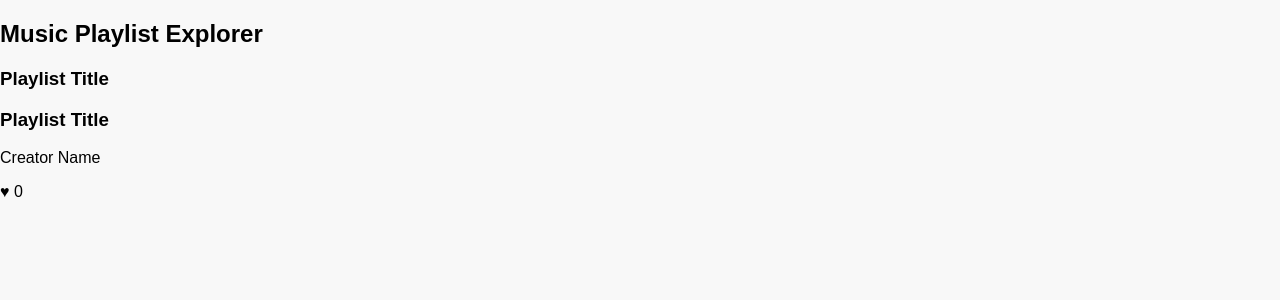
Repository: valentinaarojas/music-player-explorer
Page: index.html
These files come from the project's save history. The page is drawn as it stood at one moment and after the next save; the edit follows.
The browser window is 1280 px wide. The pictures show the whole page.

Above is the page before, as saved 2025-02-18 18:08:01.
Console error: SyntaxError: Unexpected token '{'

### index.html
<!DOCTYPE html>
<html lang="en">
<head>
    <meta charset="UTF-8">
    <meta name="viewport" content="width=device-width, initial-scale=1.0">

    <title>Music Playlist Explorer</title>
    <link rel="icon" type="image/x-icon" href="/images/favicon.ico">

    <link rel="stylesheet" href="style.css">
</head>
<body>
    <header>
        <!-- Your header content here -->
        <div class="banner">
            <h2>Music Playlist Explorer</h2>
        </div>
    </header>

    <main>
        <!-- Your main content here -->
        <div class="playlist-cards">
            <div class="playlist-card">
                <!-- IMG -->
                <div class="playlist-cover">
                    <h3>Playlist Title</h3>
                </div>
                <div class="playlist-info">
                    <h3 class="playlist-title">Playlist Title</h3>
                    <p class="creator-info">Creator Name</p>
                    <div class="like-count">
                        <span>♥</span>
                        <span>0</span>
                    </div>
                </div>
            </div>
        </div>
    </main>

    <footer>
        <!-- Your footer content here -->
    </footer>
    <script src="data/data.js"></script>
    <script src="script.js"></script>
</body>
</html>

### style.css
body {
    font-family: 'Arial', sans-serif;
    margin: 0;
    padding: 0;
    background-color: #f8f8f8;
}

### data/data.js
let data = { "playlists": [
    {
      "playlistID": 0,
      "playlist_name": "Late Night Drive",
      "playlist_creator": "Melody Maven",
      "playlist_art": "https://picsum.photos/id/36/200",
      "likeCount": 0,
      "songs": [
        {
          "songID": 0,
          "title": "Nightcall",
          "artist": "Kavinsky",
          "album": "Nightcall",
          "cover_art": "https://picsum.photos/id/43/200",
          "duration": "4:18"
        },
        {
          "songID": 1,
          "title": "Drive",
          "artist": "The Cars",
          "album": "Heartbeat City",
          "cover_art": "https://picsum.photos/id/45/200",
          "duration": "3:55"
        },
        {
          "songID": 2,
          "title": "Cruisin'",
          "artist": "Smokey Robinson",
          "album": "One Heartbeat",
          "cover_art": "https://picsum.photos/id/88/200",
          "duration": "4:30"
        },
        {
          "songID": 3,
          "title": "Night Moves",
          "artist": "Bob Seger",
          "album": "Night Moves",
          "cover_art": "https://picsum.photos/id/84/200",
          "duration": "5:25"
        },
        {
          "songID": 4,
          "title": "Moonlight Drive",
          "artist": "The Doors",
          "album": "Strange Days",
          "cover_art": "https://picsum.photos/id/122/200",
          "duration": "3:04"
        }
      ]
    },
    {
      "playlistID": 1,
      "playlist_name": "That Summer '16 Feeling",
      "playlist_creator": "Groove Guardian",
      "playlist_art": "https://picsum.photos/id/117/200",
      "likeCount": 10,
      "songs": [
        {
          "songID": 5,
          "title": "One Dance",
          "artist": "Drake",
          "album": "Views",
          "cover_art": "https://picsum.photos/id/21/200",
          "duration": "2:53"
        },
        {
          "songID": 6,
          "title": "Cheap Thrills",
          "artist": "Sia",
          "album": "This Is Acting",
          "cover_art": "https://picsum.photos/id/56/200",
          "duration": "3:31"
        },
        {
          "songID": 7,
          "title": "Don't Let Me Down",
          "artist": "The Chainsmokers ft. Daya",
          "album": "Collage",
          "cover_art": "https://picsum.photos/id/145/200",
          "duration": "3:28"
        },
        {
          "songID": 8,
          "title": "This Is What You Came For",
          "artist": "Calvin Harris ft. Rihanna",
          "album": "This Is What You Came For",
          "cover_art": "https://picsum.photos/id/160/200",
          "duration": "3:42"
        },
        {
          "songID": 9,
          "title": "Ride",
          "artist": "Twenty One Pilots",
          "album": "Blurryface",
          "cover_art": "https://picsum.photos/id/133/200",
          "duration": "3:34"
        }
      ]
    },
    {
      "playlistID": 2,
      "playlist_name": "Workout Beats",
      "playlist_creator": "Harmony Herald",
      "playlist_art": "https://picsum.photos/id/1077/200",
      "likeCount": 2,
      "songs": [
        {
          "songID": 10,
          "title": "Eye of the Tiger",
          "artist": "Survivor",
          "album": "Eye of the Tiger",
          "cover_art": "https://picsum.photos/id/593/200",
          "duration": "4:05"
        },
        {
          "songID": 11,
          "title": "Stronger",
          "artist": "Kanye West",
          "album": "Graduation",
          "cover_art": "https://picsum.photos/id/169/200",
          "duration": "5:12"
        },
        {
          "songID": 12,
          "title": "Lose Yourself",
          "artist": "Eminem",
          "album": "8 Mile Soundtrack",
          "cover_art": "https://picsum.photos/id/171/200",
          "duration": "5:26"
        },
        {
          "songID": 13,
          "title": "Uptown Funk",
          "artist": "Mark Ronson ft. Bruno Mars",
          "album": "Uptown Special",
          "cover_art": "https://picsum.photos/id/274/200",
          "duration": "4:30"
        },
        {
          "songID": 14,
          "title": "Can't Stop the Feeling!",
          "artist": "Justin Timberlake",
          "album": "Trolls (Original Motion Picture Soundtrack)",
          "cover_art": "https://picsum.photos/id/304/200",
          "duration": "3:56"
        }
      ]
    },
    {
      "playlistID": 3,
      "playlist_name": "Road Trip Anthems",
      "playlist_creator": "Playlist Pioneer",
      "playlist_art": "https://picsum.photos/id/314/200",
      "likeCount": 5,
      "songs": [
        {
          "songID": 15,
          "title": "Life Is a Highway",
          "artist": "Tom Cochrane",
          "album": "Mad Mad World",
          "cover_art": "https://picsum.photos/id/352/200",
          "duration": "4:26"
        },
        {
          "songID": 16,
          "title": "Born to Run",
          "artist": "Bruce Springsteen",
          "album": "Born to Run",
          "cover_art": "https://picsum.photos/id/361/200",
          "duration": "4:30"
        },
        {
          "songID": 17,
          "title": "Take It Easy",
          "artist": "Eagles",
          "album": "Eagles",
          "cover_art": "https://picsum.photos/id/365/200",
          "duration": "3:31"
        },
        {
          "songID": 18,
          "title": "Route 66",
          "artist": "Chuck Berry",
          "album": "Get Your Kicks on Route 66",
          "cover_art": "https://picsum.photos/id/371/200",
          "duration": "2:53"
        },
        {
          "songID": 19,
          "title": "On the Road Again",
          "artist": "Willie Nelson",
          "album": "Honeysuckle Rose",
          "cover_art": "https://picsum.photos/id/382/200",
          "duration": "2:33"
        }
      ]
    },
    {
      "playlistID": 4,
      "playlist_name": "Boss Chick Energy",
      "playlist_creator": "Tempo Tactician",
      "playlist_art": "https://picsum.photos/id/449/200",
      "likeCount": 0,
      "songs": [
        {
          "songID": 20,
          "title": "Run the World (Girls)",
          "artist": "Beyoncé",
          "album": "4",
          "cover_art": "https://picsum.photos/id/550/200",
          "duration": "3:56"
        },
        {
          "songID": 21,
          "title": "I'm Every Woman",
          "artist": "Chaka Khan",
          "album": "Chaka",
          "cover_art": "https://picsum.photos/id/646/200",
          "duration": "4:07"
        },
        {
          "songID": 22,
          "title": "Independent Women, Pt. 1",
          "artist": "Destiny's Child",
          "album": "Survivor",
          "cover_art": "https://picsum.photos/id/660/200",
          "duration": "3:41"
        },
        {
          "songID": 23,
          "title": "Confident",
          "artist": "Demi Lovato",
          "album": "Confident",
          "cover_art": "https://picsum.photos/id/680/200",
          "duration": "3:25"
        },
        {
          "songID": 24,
          "title": "Feeling Myself",
          "artist": "Nicki Minaj ft. Beyoncé",
          "album": "The Pinkprint",
          "cover_art": "https://picsum.photos/id/822/200",
          "duration": "3:57"
        }
      ]
    },
    {
      "playlistID": 5,
      "playlist_name": "Rainy Nights",
      "playlist_creator": "Sonic Sage",
      "playlist_art": "https://picsum.photos/id/115/200",
      "likeCount": 24,
      "songs": [
        {
          "songID": 25,
          "title": "Purple Rain",
          "artist": "Prince",
          "album": "Purple Rain",
          "cover_art": "https://picsum.photos/id/123/200",
          "duration": "8:41"
        },
        {
          "songID": 26,
          "title": "November Rain",
          "artist": "Guns N' Roses",
          "album": "Use Your Illusion I",
          "cover_art": "https://picsum.photos/id/171/200",
          "duration": "8:57"
        },
        {
          "songID": 27,
          "title": "Riders on the Storm",
          "artist": "The Doors",
          "album": "L.A. Woman",
          "cover_art": "https://picsum.photos/id/172/200",
          "duration": "7:14"
        },
        {
          "songID": 28,
          "title": "I Can't Stand the Rain",
          "artist": "Ann Peebles",
          "album": "I Can't Stand the Rain",
          "cover_art": "https://picsum.photos/id/178/200",
          "duration": "2:31"
        },
        {
          "songID": 29,
          "title": "Set Fire to the Rain",
          "artist": "Adele",
          "album": "21",
          "cover_art": "https://picsum.photos/id/680/200",
          "duration": "4:02"
        }
      ]
    },
    {
      "playlistID": 6,
      "playlist_name": "90's R&B",
      "playlist_creator": "Vinyl Virtuoso",
      "playlist_art": "https://picsum.photos/id/815/200",
      "likeCount": 3,
      "songs": [
        {
          "songID": 30,
          "title": "No Diggity",
          "artist": "Blackstreet ft. Dr. Dre",
          "album": "Another Level",
          "cover_art": "https://picsum.photos/id/856/200",
          "duration": "5:06"
        },
        {
          "songID": 31,
          "title": "Waterfalls",
          "artist": "TLC",
          "album": "CrazySexyCool",
          "cover_art": "https://picsum.photos/id/871/200",
          "duration": "4:39"
        },
        {
          "songID": 32,
          "title": "Creep",
          "artist": "TLC",
          "album": "CrazySexyCool",
          "cover_art": "https://picsum.photos/id/891/200",
          "duration": "4:29"
        },
        {
          "songID": 33,
          "title": "On Bended Knee",
          "artist": "Boyz II Men",
          "album": "II",
          "cover_art": "https://picsum.photos/id/1013/200",
          "duration": "4:05"
        },
        {
          "songID": 34,
          "title": "Fantasy",
          "artist": "Mariah Carey",
          "album": "Daydream",
          "cover_art": "https://picsum.photos/id/1014/200",
          "duration": "4:04"
        }
      ]
    },
    {
      "playlistID": 7,
      "playlist_name": "Nothing But The Classics",
      "playlist_creator": "Melody Maven",
      "playlist_art": "https://picsum.photos/id/22/200",
      "likeCount": 3,
      "songs": [
        {
          "songID": 35,
          "title": "Bohemian Rhapsody",
          "artist": "Queen",
          "album": "A Night at the Opera",
          "cover_art": "https://picsum.photos/id/39/200",
          "duration": "5:55"
        },
        {
          "songID": 36,
          "title": "Hotel California",
          "artist": "Eagles",
          "album": "Hotel California",
          "cover_art": "https://picsum.photos/id/57/200",
          "duration": "6:30"
        },
        {
          "songID": 37,
          "title": "Stairway to Heaven",
          "artist": "Led Zeppelin",
          "album": "Led Zeppelin IV",
          "cover_art": "https://picsum.photos/id/221/200",
          "duration": "8:02"
        },
        {
          "songID": 38,
          "title": "Sweet Child o' Mine",
          "artist": "Guns N' Roses",
          "album": "Appetite for Destruction",
          "cover_art": "https://picsum.photos/id/822/200",
          "duration": "5:55"
        },
        {
          "songID": 39,
          "title": "Imagine",
          "artist": "John Lennon",
          "album": "Imagine",
          "cover_art": "https://picsum.photos/id/823/200",
          "duration": "3:04"
        }
      ]
    },
    {
      "playlistID": 8,
      "playlist_name": "Ohh That Baseline",
      "playlist_creator": "Bassline Buddy",
      "playlist_art": "https://picsum.photos/id/836/200",
      "likeCount": 0,
      "songs": [
        {
          "songID": 40,
          "title": "Another One Bites the Dust",
          "artist": "Queen",
          "album": "The Game",
          "cover_art": "https://picsum.photos/id/839/200",
          "duration": "3:36"
        },
        {
          "songID": 41,
          "title": "Billie Jean",
          "artist": "Michael Jackson",
          "album": "Thriller",
          "cover_art": "https://picsum.photos/id/903/200",
          "duration": "4:54"
        },
        {
          "songID": 42,
          "title": "Superstition",
          "artist": "Stevie Wonder",
          "album": "Talking Book",
          "cover_art": "https://picsum.photos/id/978/200",
          "duration": "4:26"
        },
        {
          "songID": 43,
          "title": "Smooth Criminal",
          "artist": "Michael Jackson",
          "album": "Bad",
          "cover_art": "https://picsum.photos/id/1004/200",
          "duration": "4:17"
        },
        {
          "songID": 44,
          "title": "Money for Nothing",
          "artist": "Dire Straits",
          "album": "Brothers in Arms",
          "cover_art": "https://picsum.photos/id/1025/200",
          "duration": "8:26"
        }
      ]
    }
  ]
}

### script.js
body {
    font-family: 'Arial', sans-serif;
    margin: 0;
    padding: 0;
    background-color: #f8f8f8;
}

After the next save:
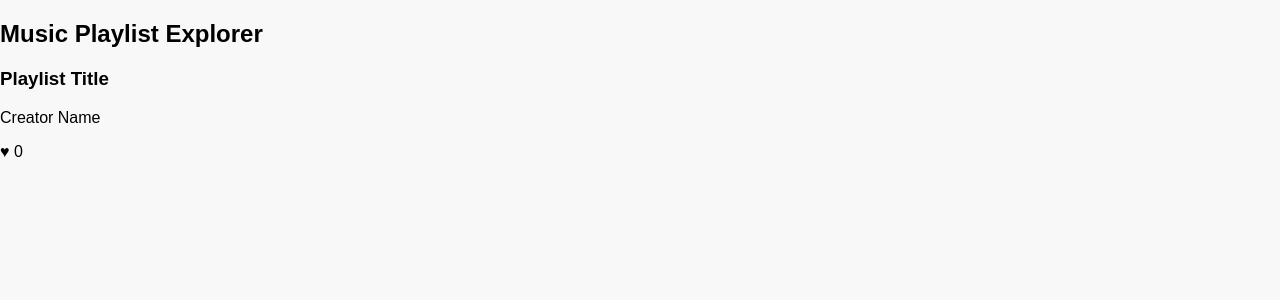
Saved 25 s later.
--- a/index.html
+++ b/index.html
@@ -23,7 +23,7 @@
             <div class="playlist-card">
                 <!-- IMG -->
                 <div class="playlist-cover">
-                    <h3>Playlist Title</h3>
+
                 </div>
                 <div class="playlist-info">
                     <h3 class="playlist-title">Playlist Title</h3>
